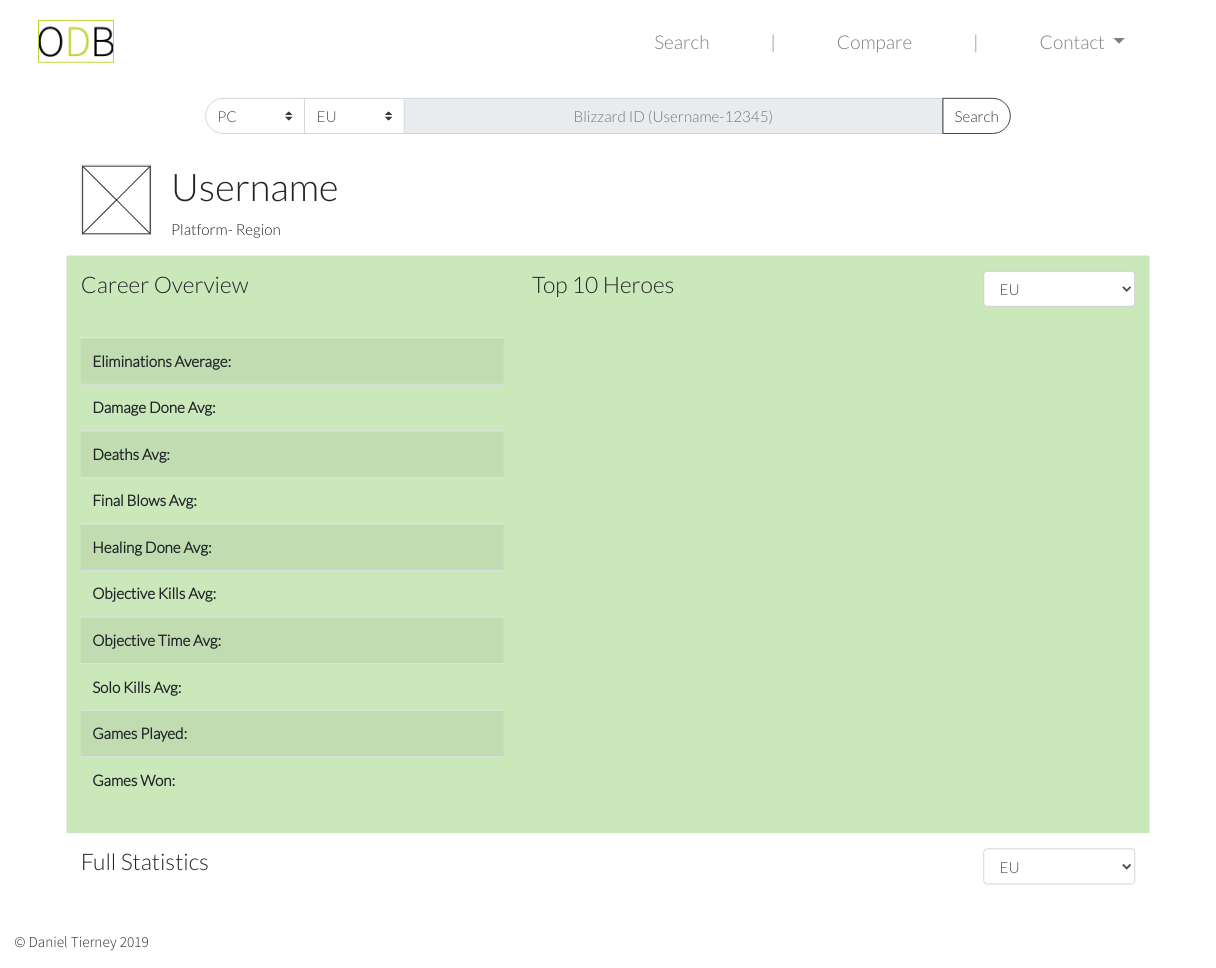
Repository: Cobonkoi/overwatch-dashboard
Page: search.html
The author's editor kept a record of every edit. The page is drawn from the files as they stood at one moment, then again after the next edit.
The browser window is 1280 px wide. The pictures show the whole page, at 95% of full size.

Above is the page before.

After the next edit:
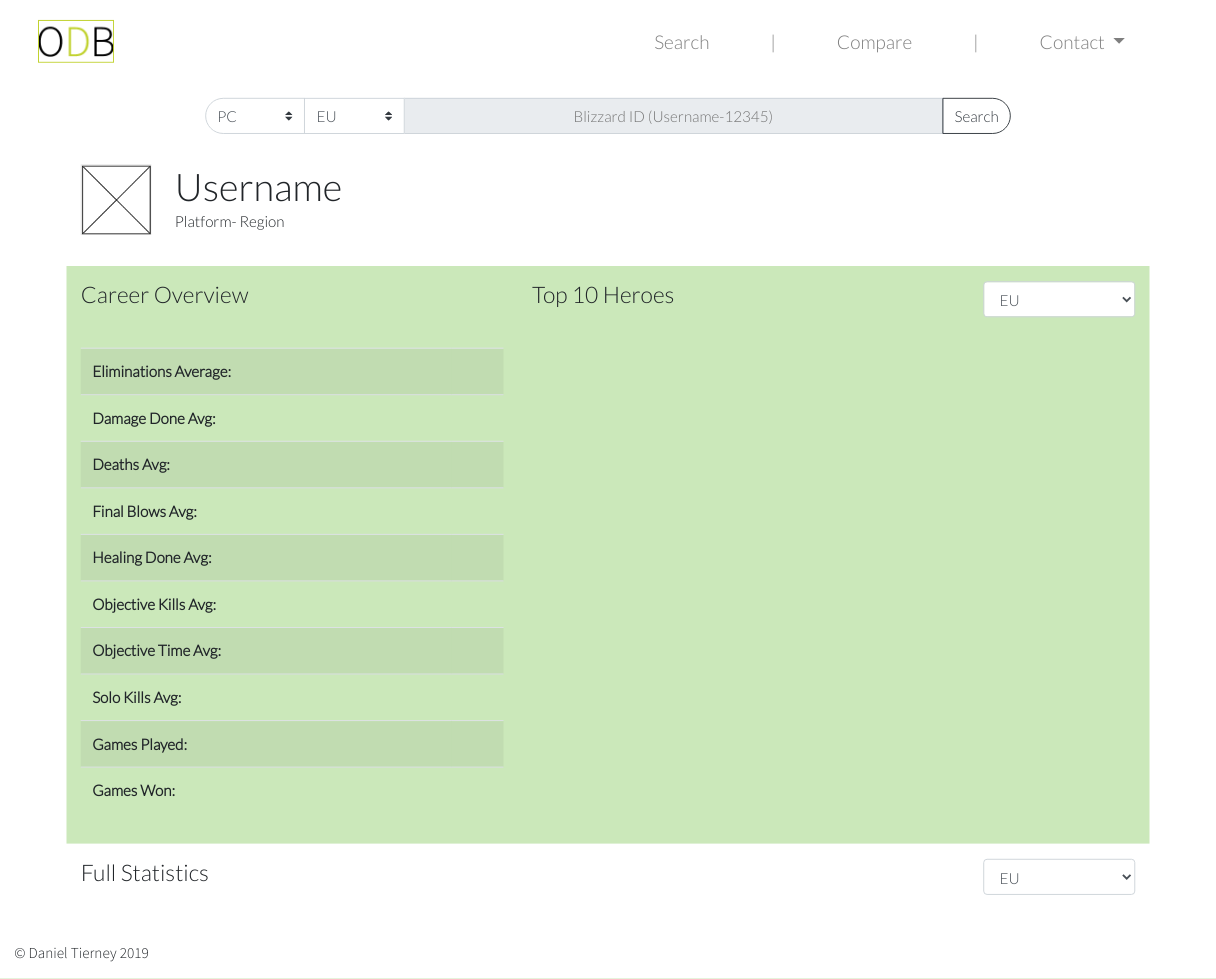
The edit:
--- a/search.html
+++ b/search.html
@@ -113,8 +113,8 @@
             <div class="col-1 mb-3">
                 <img src="assets/images/placeholder-profile-picture.png" alt="profile picture" width="75" height="75"></img>
             </div>
-            <div class="col-3 mb-3">
-                <h1 class="" id="">Username</h1>
+            <div class="col-3 ml-1 mb-3">
+                <h1 class="mb-0" id="">Username</h1>
                 <span class="" id="profilePlatform">Platform</span><span class="" id="profileRegion">- Region</span>
             </div>
             <div class="col-2 mb-3">
